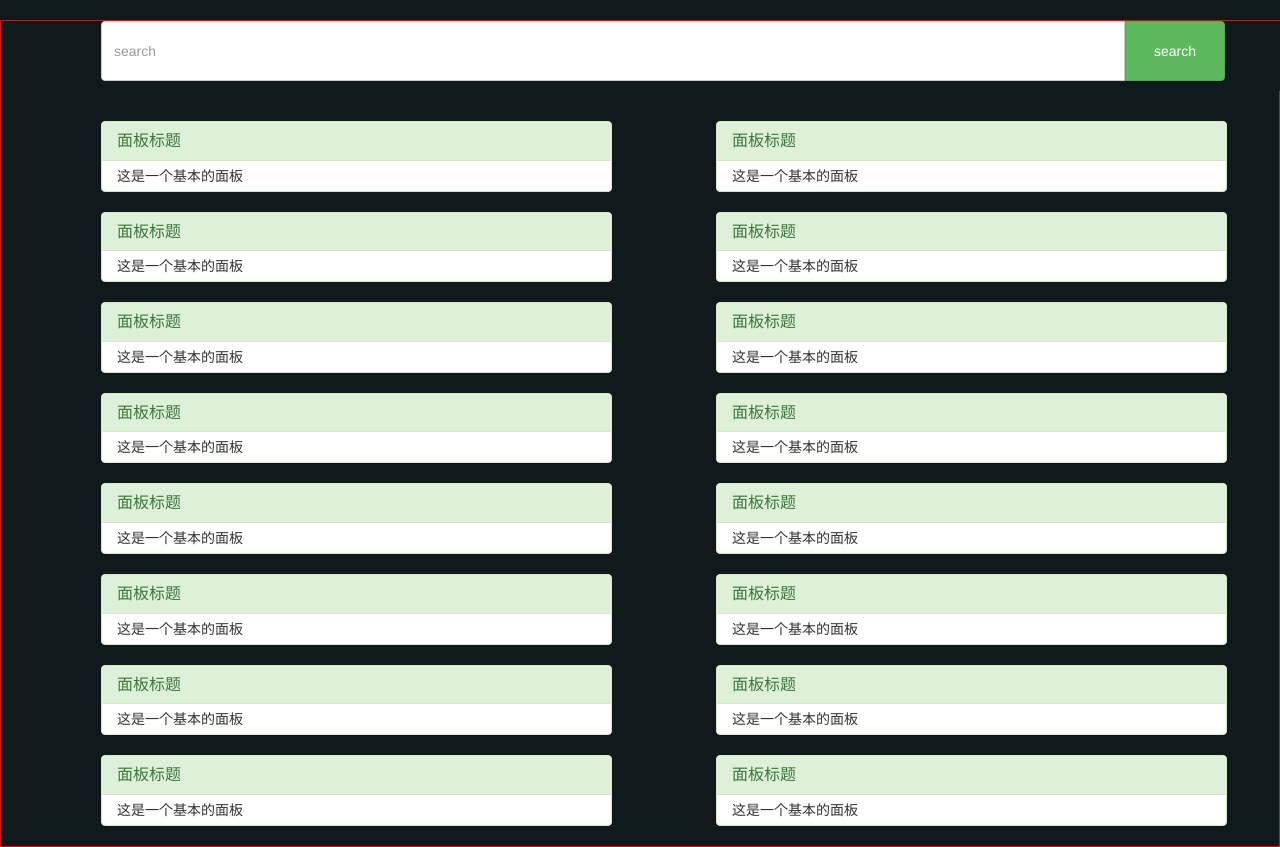
Repository: Tuzijing/Battlefield
Page: http://localhost/static/views/fram/fram.php
The author's editor kept a copy of each file at every save. The page is drawn from the files as they stood at one save, then again after a run of saves.
The browser window is 1280 px wide. The pictures show the whole page.
The page is run by PHP 8.4 with error messages shown; the project is at /var/www/html/.

Above is the page before, as saved 2018-07-15 15:57:19.

### BattlefieldWebP/static/views/fram/fram.php
<!DOCTYPE html>
<html>
	<head>
		<meta charset="UTF-8">
		<title>BATTLEFIELD</title>
 		<!--
        	作者：offline
        	时间：2018-07-10
        	描述：引入公共前端配置文件
        -->
		<?php
			include "../common/main_header.php";
		?>

		<link rel="stylesheet" href="../../common/css/fram/fram.css"/>

		<script type="text/javascript" src="../../common/js/fram/fram.js"></script>
	</head>
	<body>
		<div id="fram_container">
			<!-- 搜索框 -->
			<div id="fram_search">
				<div id="mask">
					<div class="input-group">
						<input type="text" class="form-control" placeholder="search">
						<button type="button" class="btn btn-success">search</button>
					</div>
				</div>
			</div>
			<div id="fram_categorys">
				<div  class="panel panel-success">
					<div class="panel-heading">
						<h3 class="panel-title">面板标题</h3>
					</div>
					<div class="panel-body">
						这是一个基本的面板
					</div>
				</div>

				<div  class="panel panel-success">
					<div class="panel-heading">
						<h3 class="panel-title">面板标题</h3>
					</div>
					<div class="panel-body">
						这是一个基本的面板
					</div>
				</div>
					<div  class="panel panel-success">
					<div class="panel-heading">
						<h3 class="panel-title">面板标题</h3>
					</div>
					<div class="panel-body">
						这是一个基本的面板
					</div>
				</div>
					<div  class="panel panel-success">
					<div class="panel-heading">
						<h3 class="panel-title">面板标题</h3>
					</div>
					<div class="panel-body">
						这是一个基本的面板
					</div>
				</div>




					<div  class="panel panel-success">
					<div class="panel-heading">
						<h3 class="panel-title">面板标题</h3>
					</div>
					<div class="panel-body">
						这是一个基本的面板
					</div>
				</div>
					<div  class="panel panel-success">
					<div class="panel-heading">
						<h3 class="panel-title">面板标题</h3>
					</div>
					<div class="panel-body">
						这是一个基本的面板
					</div>
				</div>	<div  class="panel panel-success">
					<div class="panel-heading">
						<h3 class="panel-title">面板标题</h3>
					</div>
					<div class="panel-body">
						这是一个基本的面板
					</div>
				</div>
					<div  class="panel panel-success">
					<div class="panel-heading">
						<h3 class="panel-title">面板标题</h3>
					</div>
					<div class="panel-body">
						这是一个基本的面板
					</div>
				</div>	<div  class="panel panel-success">
					<div class="panel-heading">
						<h3 class="panel-title">面板标题</h3>
					</div>
					<div class="panel-body">
						这是一个基本的面板
					</div>
				</div>
					<div  class="panel panel-success">
					<div class="panel-heading">
						<h3 class="panel-title">面板标题</h3>
					</div>
					<div class="panel-body">
						这是一个基本的面板
					</div>
				</div>	<div  class="panel panel-success">
					<div class="panel-heading">
						<h3 class="panel-title">面板标题</h3>
					</div>
					<div class="panel-body">
						这是一个基本的面板
					</div>
				</div>
					<div  class="panel panel-success">
					<div class="panel-heading">
						<h3 class="panel-title">面板标题</h3>
					</div>
					<div class="panel-body">
						这是一个基本的面板
					</div>
				</div>	<div  class="panel panel-success">
					<div class="panel-heading">
						<h3 class="panel-title">面板标题</h3>
					</div>
					<div class="panel-body">
						这是一个基本的面板
					</div>
				</div>
					<div  class="panel panel-success">
					<div class="panel-heading">
						<h3 class="panel-title">面板标题</h3>
					</div>
					<div class="panel-body">
						这是一个基本的面板
					</div>
				</div>	<div  class="panel panel-success">
					<div class="panel-heading">
						<h3 class="panel-title">面板标题</h3>
					</div>
					<div class="panel-body">
						这是一个基本的面板
					</div>
				</div>
					<div  class="panel panel-success">
					<div class="panel-heading">
						<h3 class="panel-title">面板标题</h3>
					</div>
					<div class="panel-body">
						这是一个基本的面板
					</div>
				</div>






			</div>
		</div>
	</body>
</html>

### BattlefieldWebP/static/views/common/main_header.php
<html>
	<script type="text/javascript" src="../../common/js/jquery-3.1.1.min.js" ></script>
	<script type="text/javascript" src="../../common/js/bootstrap.js" ></script>
	<link rel="stylesheet" href="../../common/css/bootstrap.css"/>
	<script type="text/javascript" src="../../common/js/tools.js"></script>
	<?
		include "encoding.php";
	?>
</html>

### BattlefieldWebP/static/views/common/encoding.php
<?php
	header("Content-type:text/html;charset=utf-8");
?>

### BattlefieldWebP/static/common/js/tools.js

/**
 * 获取浏览器的宽和高
 */
function getBrowserWidthAndHeight(){
	var arr = {width:0,height:0};
	try{
		var width = window.innerWidth;
		var height = window.innerHeight;
		arr["width"] = width;
		arr["height"] = height;
	}catch(err){
		console.log("get browser width and height err",err);
	}
	return arr;
}


/**
 * 根据id居中设置
 * lableById:需要居中的标签
 * width:宽度
 * height:高度
 * offsetWidth：宽度偏移量
 * offsetHeigt：高度偏移量
 */
function center(lableById,width,height,offsetWidth,offsetHeigt){
	try{
		var helf_width = width/2-offsetWidth; //总宽度除以2减上宽度偏移量
		var helf_height = height/2-offsetHeigt; //总高度除以2减上高度偏移量
		document.getElementById(lableById).style.marginLeft = helf_width+"px";
		document.getElementById(lableById).style.marginTop = +helf_height+"px";
	}catch(err){
		console.log("set lableNameById:"+(lableNameById === undefined?"undefined":lableNameById)+" centering failure ",err);
	}
}

### BattlefieldWebP/static/common/css/fram/fram.css
@CHARSET "UTF-8";

body{
	background-color: #101a1d;
	margin: 0px;
	padding: 0px;
}

/*fram 容器*/
#fram_container{
	margin:0px;
	padding:0xp;
	width: 100%;
	height: 100%;
	line-height: 0px;
	z-index: 1000;
	border: 1px solid red
}

/*搜索框*/
#fram_search{
	margin:0px;
	padding:0px;
	width: 100%;
	height: 70px;
	line-height: 0px;
}
/*设置一个遮罩*/
#mask{
	margin-top:0px;
	width: 100%;
	height: 70px;
	position: fixed;
	z-index:1000;
	background-color: #101a1d;
	line-height: 0px;
}

.input-group{
	margin-left:100px;
	width:80%;
	height: 60px;
}

.input-group input{
	border-top-right-radius:0px;
	border-bottom-right-radius:0xp;
	height: 60px;
}
.input-group button {
	position: absolute;/*采用绝对定位 取消换行*/
	border-top-left-radius:0px;
	border-bottom-left-radius:0px;
	height: 60px;
	width: 100px;
}


#fram_categorys {
	margin-top: 30px;
}
#fram_categorys .panel{
	display:inline-block;
	margin-left:100px;
	width: 40%;
}

### BattlefieldWebP/static/common/js/fram/fram.js
/**
 * fram 运行脚本
 */

Loaded but not shown: BattlefieldWebP/static/common/js/jquery-3.1.1.min.js (library); BattlefieldWebP/static/common/js/bootstrap.js (library); BattlefieldWebP/static/common/css/bootstrap.css (library)

After the next 2 saves:
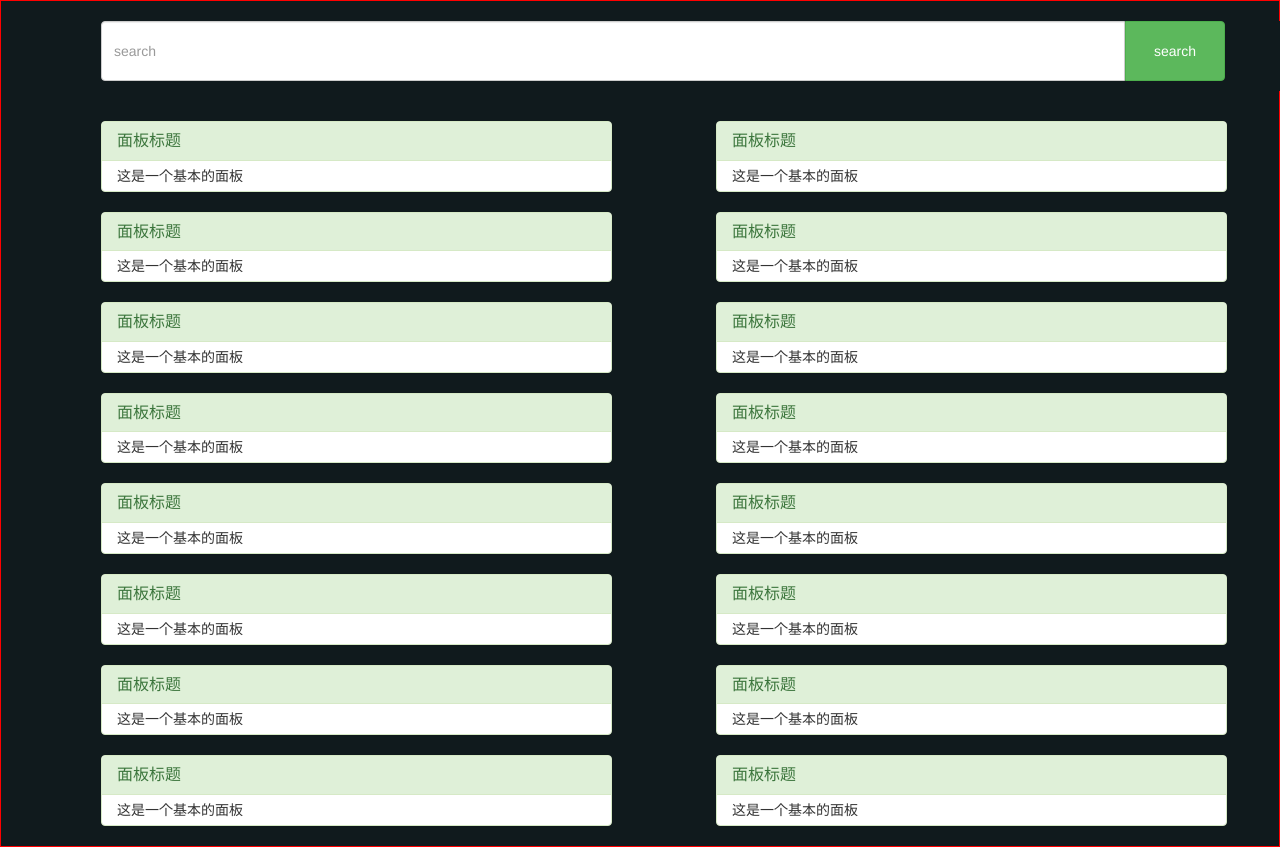
The 2 saves are shown as one change because they came seconds apart.
The last was saved 25 s later.
--- a/BattlefieldWebP/static/common/css/fram/fram.css
+++ b/BattlefieldWebP/static/common/css/fram/fram.css
@@ -4,6 +4,7 @@
 	background-color: #101a1d;
 	margin: 0px;
 	padding: 0px;
+	border: 1px solid red
 }
 
 /*fram 容器*/
@@ -14,7 +15,7 @@
 	height: 100%;
 	line-height: 0px;
 	z-index: 1000;
-	border: 1px solid red
+
 }
 
 /*搜索框*/
